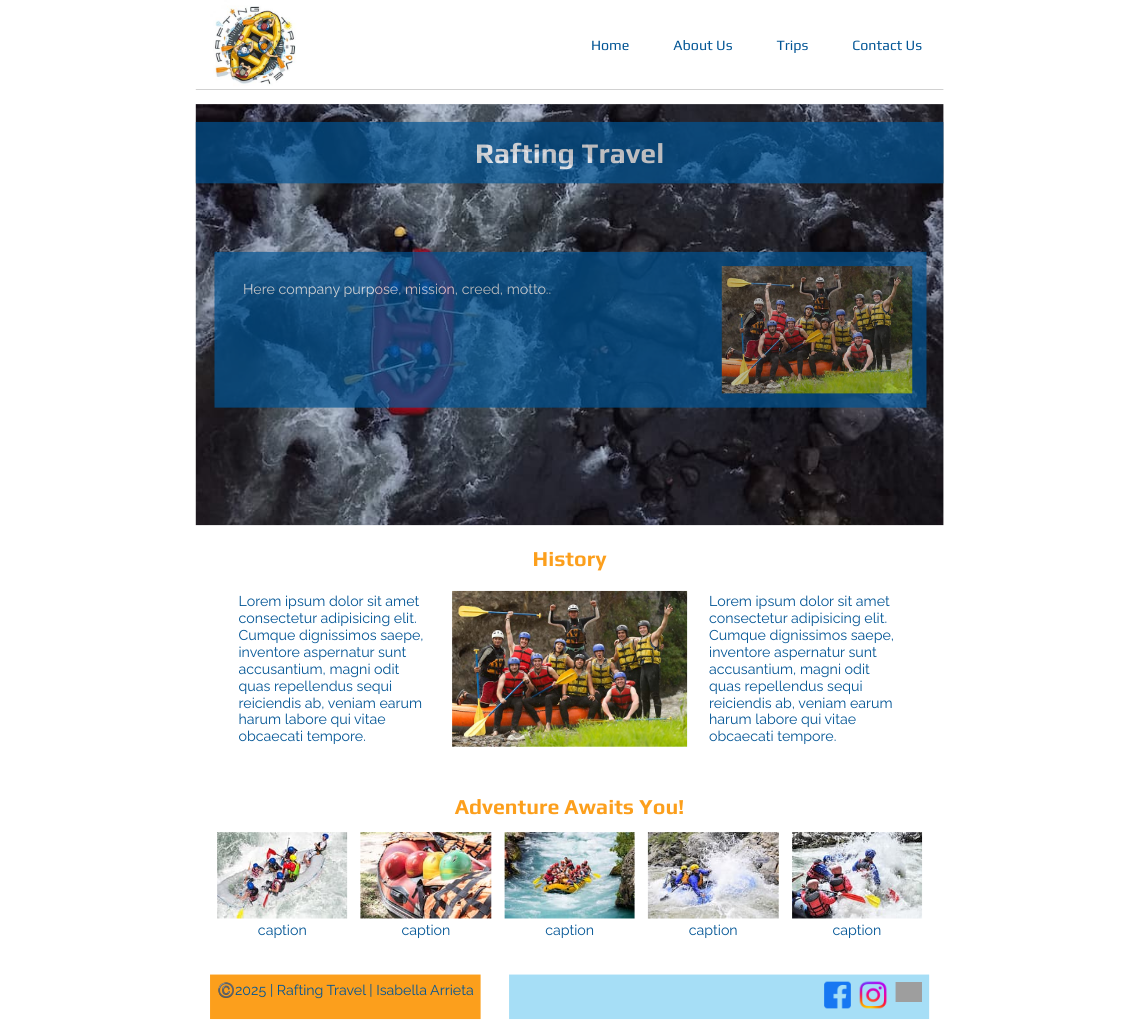
Repository: isaAJ05/wdd130
Page: wwr/about.html
An editor plug-in stored every save of this project. The page is shown before and after a run of saves, followed by the edit.
The browser window is 1280 px wide. The pictures show the whole page, at 89% of full size.
Pictures or frames that could not be fetched are drawn as grey boxes.

Above is the page before, as saved 2025-06-06 23:39:12.

### wwr/about.html
<!DOCTYPE html>
<html lang="en">
<head>
    <meta charset="UTF-8">
    <meta name="viewport" content="width=device-width, initial-scale=1.0">
    <title>About Us-Rafting Travel</title>
    <meta name="description" content="Information about the company: Rafting Travel">
    <meta name="author" content="Isabella Arrieta">
    <link rel="stylesheet" href="styles/rafting.css">
    <link rel="preconnect" href="https://fonts.googleapis.com">
    <link rel="preconnect" href="https://fonts.gstatic.com" crossorigin>
    <link href="https://fonts.googleapis.com/css2?family=Play:wght@400;700&family=Raleway:ital,wght@0,100..900;1,100..900&display=swap" rel="stylesheet">
</head>
<body>
    <header>
        <img src ="images/z-raftingcompas.jpg" alt="Rafting Company Logo">
    <nav>
        <a href="index.html">Home</a>
        <a href="about.html">About Us</a>
        <a href="trips.html">Trips</a>
        <a href="contact.html">Contact Us</a>
    </nav>
    </header>
    <main>
        <div class="herodiv">
            <img src="images/rafting16_1024.jpg" alt="Rafting">
            <h1>Rafting Travel</h1>
            <article>
                <img src="images/rafting59_600.jpg" alt="Happy Client">
                <p>Here company purpose, mission, creed, motto..</p>
            </article>
        </div>
        <section class="History">
            <h2>History</h2>
            <p>Lorem ipsum dolor sit amet consectetur adipisicing elit. Cumque dignissimos saepe, inventore aspernatur sunt accusantium, magni odit quas repellendus sequi reiciendis ab, veniam earum harum labore qui vitae obcaecati tempore.</p>
            <img src="images/rafting59_600.jpg" alt="Happy Client">
            <p>Lorem ipsum dolor sit amet consectetur adipisicing elit. Cumque dignissimos saepe, inventore aspernatur sunt accusantium, magni odit quas repellendus sequi reiciendis ab, veniam earum harum labore qui vitae obcaecati tempore.</p>
        </section>
        <section class="Adventure">
            <h2>Adventure Awaits You!</h2>
            <figure>
                <img src="images/1.jpg" alt="">
                <figcaption>caption</figcaption>
            </figure>
            <figure>
                <img src="images/2.jpg" alt="">
                <figcaption>caption</figcaption>
            </figure>
            <figure>
                <img src="images/5.jpg" alt="">
                <figcaption>caption</figcaption>
            </figure>
            <figure>
                <img src="images/4.jpg" alt="">
                <figcaption>caption</figcaption>
            </figure>
            <figure>
                <img src="images/3.jpg" alt="">
                <figcaption>caption</figcaption>
            </figure>
        </section>
    </main>
    <footer>
        <p>©️2025 | Rafting Travel | Isabella Arrieta</p>
        <nav class="socialmedia">
            <a href="https://www.facebook.com/">
                <img src="images/facebook.webp" alt="Facebook" width="30">
            </a>
            <a href="https://www.instagram.com/">
                <img src="images/instagram.webp" alt="Instagram" width="30">
            </a>
            <a href="https://x.com/home">
                <img src="images/x.webp" alt="X" width="30">
            </a>

        </nav>
    </footer>
</body>
</html>

### wwr/styles/rafting.css
:root {
    --primary-color: #FC9F1C;
    --secondary-color: #FFE77C;
    --accent1-color: #025595;
    --accent2-color: #A6DEF6;
    --heading-font: "Play", sans-serif;
    --body-font: "Raleway", sans-serif;
}

header {
    margin: 1rem auto;
    background-color: #fff;
    color: var(--secondary-color);
    display: grid;
	grid-template-columns: 1fr 1fr;
    align-items: center;
    border-bottom: 1px solid #ccc;

}
header img {
    width: 100px;
    height: auto;
    margin-left: 16px;
}
*{
    margin: 0;
    padding: 0;
    box-sizing: border-box;
}
body {
    font-family: var(--body-font);
    color: var(--accent1-color);
}
 header, main, footer {
    width: 840px;
    margin: 0 auto;
}
h1, h2{
    font-family: var(--heading-font);
    color: var(--primary-color);
}
p, section, article{
    margin: 16px;
    padding: 8px;
}
.History {
    display: grid;
	grid-template-columns: 1fr 1fr 1fr;
    align-items: center;
    grid-gap: 1px;
}
.History h2{
    grid-column: 1/4;
    text-align: center;

}
.History img{
    width: 100%;
    height: auto;
}
.Adventure {
    display: grid;
    grid-template-columns: 1fr 1fr 1fr 1fr 1fr;
    align-items: center;
    grid-gap: 15px;
}
.Adventure h2{
    grid-column: 1/6;
    text-align: center;
}
.Adventure img{
    width: 100%;
    height: auto;
}
figcaption {
    text-align: center;
}
nav {
    margin: 16px;
    padding: 8px;
    display: flex;
    justify-content: space-between;
	flex: 1 1 auto;

}
nav a {
    text-decoration: none;
    font-family: var(--heading-font);
    color: var(--accent1-color);
}
nav a:hover {
    color: var(--primary-color);
    text-decoration: underline;
}

.socialmedia a{
    text-decoration: none;
}
.socialmedia {
    justify-content: right;
    gap: 10px;
    background-color: var(--accent2-color);
}

.herodiv{
    position: relative;
    margin: 1em auto;
}

.herodiv img{
    display: block;
    width: 100%;
    height: auto;
}

h1{
    position: absolute;
    top: 20px;
    width: 100%;
    padding: 16px;
    text-align: center;
    opacity: 0.7;
    background-color: var(--accent1-color);
    color: #ffffff;

}

.herodiv article{
    position: absolute;
    top: 150px;
    left: 5px;
    width: 800px;
    opacity: 0.7;
    background-color: var(--accent1-color);
    color: #ffffff;
}
.herodiv article img{
    float: right;
    width: 230px;
    padding: 8px;
}
footer {
    display: flex;

}
footer p {
    margin: 16px;
    padding: 8px;
    text-align: center;
    background-color: var(--primary-color);

}

After the next 2 saves:
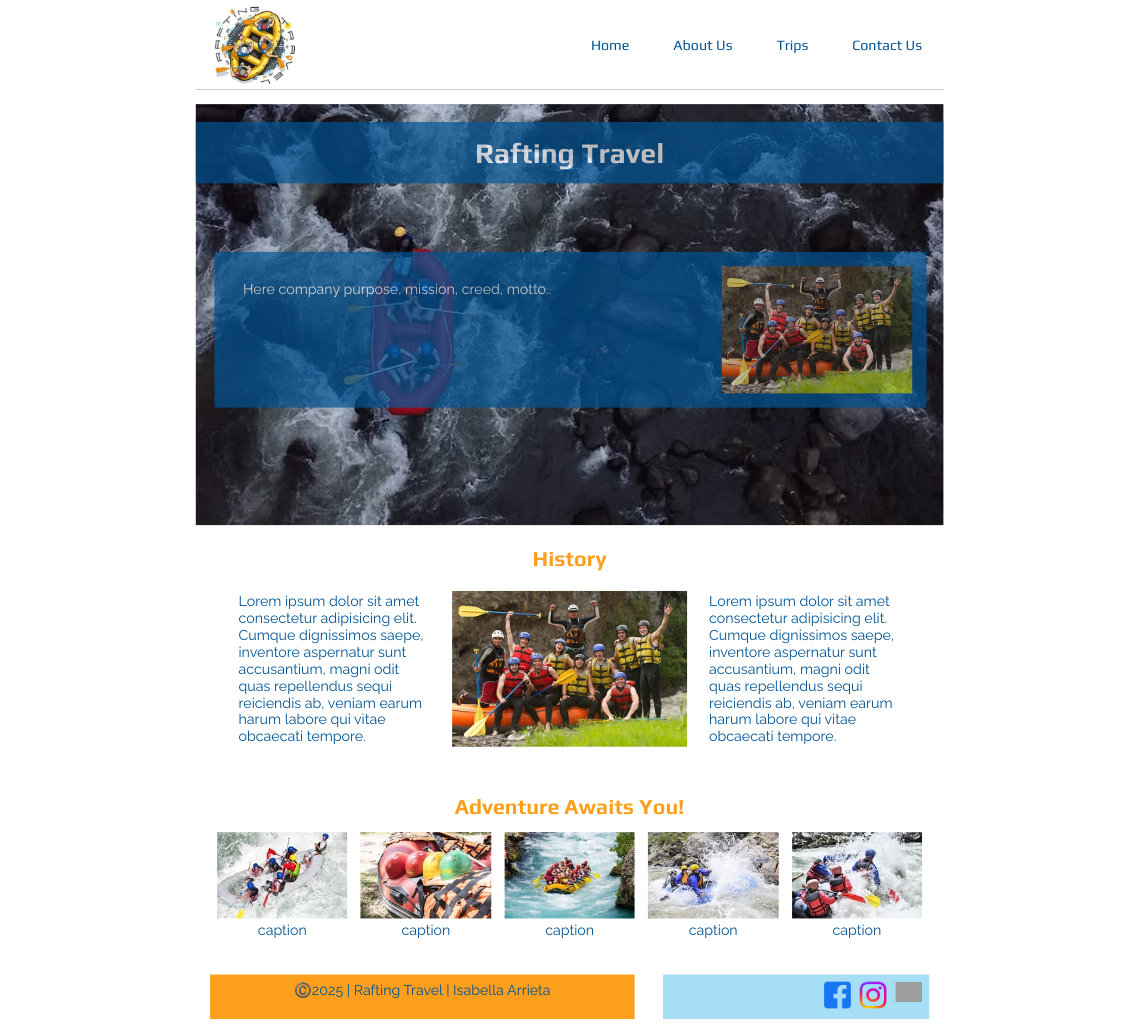
The 2 saves are shown as one change because they came seconds apart.
The last was saved 12 s later.
--- a/wwr/styles/rafting.css
+++ b/wwr/styles/rafting.css
@@ -144,6 +144,7 @@ footer {
 
 }
 footer p {
+    flex: 1 1 auto;
     margin: 16px;
     padding: 8px;
     text-align: center;

After the save that followed:
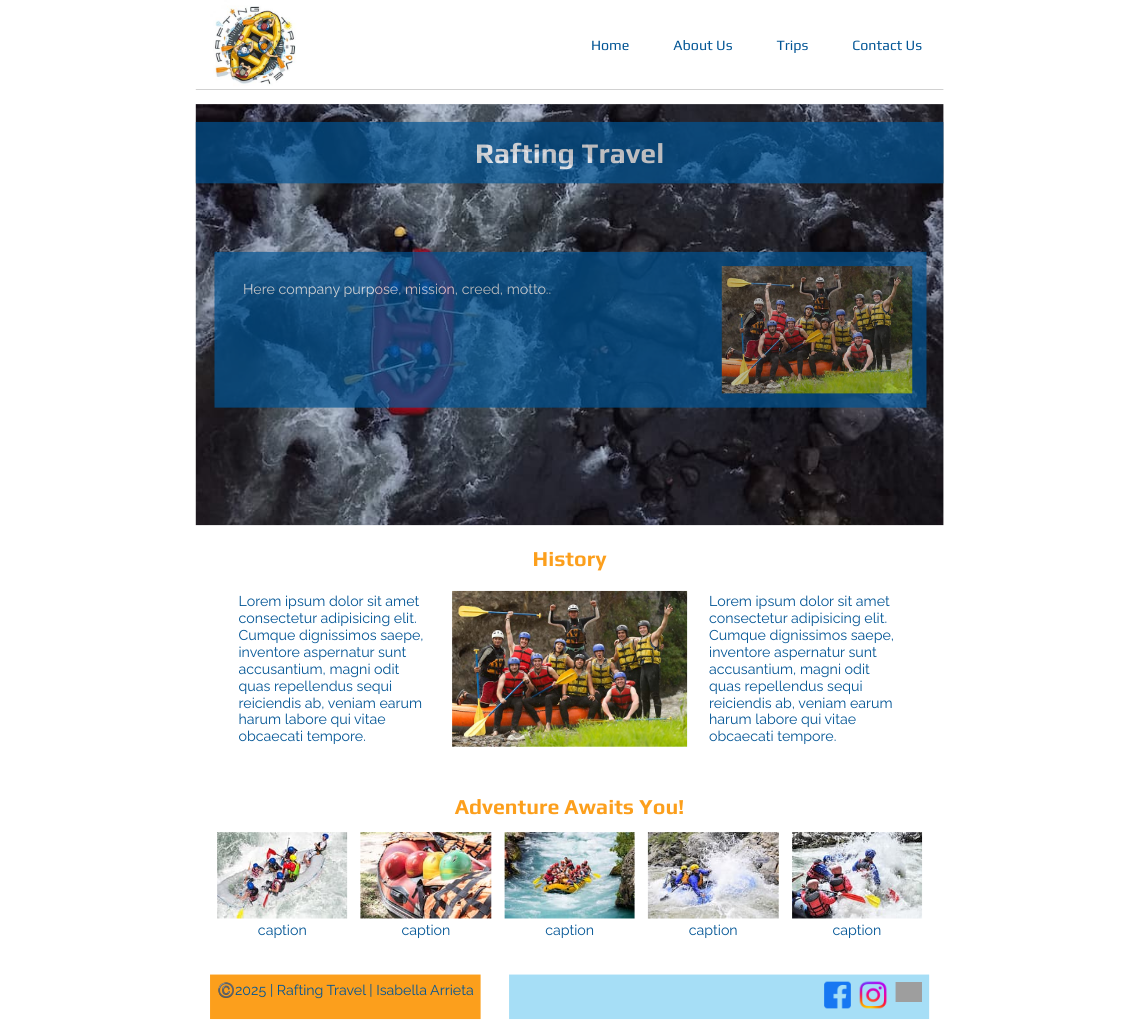
Saved 7 s later.
--- a/wwr/styles/rafting.css
+++ b/wwr/styles/rafting.css
@@ -144,7 +144,7 @@ footer {
 
 }
 footer p {
-    flex: 1 1 auto;
+    flex: 1 1 1 auto;
     margin: 16px;
     padding: 8px;
     text-align: center;
